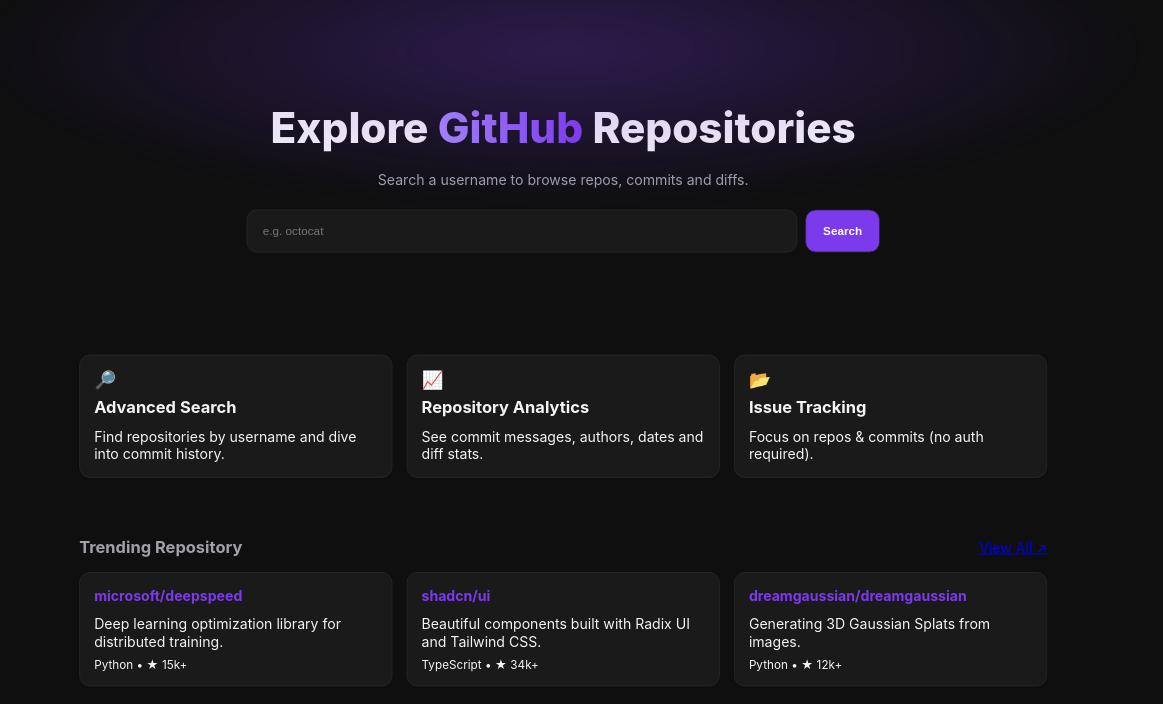
Repository: Tshenolo1994/username-repo
Page: /
These files come from the project's save history. The page is drawn as it stood at one moment and after the next save; the edit follows.
The browser window is 1280 px wide. The page is 1322 px wide, so the pictures cover 1322 px, including what lies to the right of the window. The pictures show the whole page, at 88% of full size.
The project was rebuilt for these pictures with package versions that can differ from the ones it lists, and the page was loaded fresh each time. Also part of the build but not shown: vite.config.ts, src/views/RepoView.vue.

Above is the page before, as saved 2025-10-26 23:54:59.

### index.html
<!doctype html>
<html lang="en">
  <head>
    <meta charset="UTF-8" />
    <link rel="icon" type="image/svg+xml" href="/vite.svg" />
    <meta name="viewport" content="width=device-width, initial-scale=1.0" />
    <title>commit-explorer</title>
  </head>
  <body>
    <div id="app"></div>
    <script type="module" src="/src/main.ts"></script>
  </body>
</html>

### src/main.ts
import { createApp } from 'vue'
import { createPinia } from 'pinia'
import App from './App.vue'
import router from './router'
import './styles/theme.css'

createApp(App)
  .use(createPinia())
  .use(router)
  .mount('#app')

### src/App.vue
<template>
  <RouterView />
</template>

<script setup lang="ts"></script>

<style>
html, body, #app {
  height: 100%;
  margin: 0;
  font-family: system-ui, -apple-system, 'Segoe UI', Roboto, sans-serif;
}
</style>

### src/router/index.ts
import { createRouter, createWebHistory } from 'vue-router'
import HomeView from '@/views/HomeView.vue'
import RepoView from '@/views/RepoView.vue'

const router = createRouter({
  history: createWebHistory(),
  routes: [
    { path: '/', name: 'home', component: HomeView },
    { path: '/repos/:username', name: 'repos', component: RepoView, props: true },
  ],
  scrollBehavior: () => ({ top: 0 }),
})

export default router

### src/styles/theme.css
:root {

    --bg: #0f0f10;
    --bg-elev: #1a1a1b;
    --text: #f4f4f5;
    --muted: #a1a1aa;
    --border: #27272a;
    --link: #7c3aed;
  }


  [data-theme="light"] {
    --bg: #f9fafb;
    --bg-elev: #ffffff;
    --text: #18181b;
    --muted: #52525b;
    --border: #e4e4e7;
    --link: #2563eb;
  }


  html, body, #app {
    margin: 0;
    padding: 0;
    background: var(--bg);
    color: var(--text);
    font-family: 'Inter', system-ui, sans-serif;
    transition: background 0.3s, color 0.3s;
  }


  h1, h2, h3 {
    line-height: 1.2;
    margin: 0;
  }
  p {
    margin: 0.25rem 0 0;
  }


  .card {
    background: var(--bg-elev);
    border: 1px solid var(--border);
    border-radius: 0.75rem;
    padding: 1rem;
    box-shadow: 0 1px 2px rgba(0,0,0,0.15);
  }

### src/views/HomeView.vue
<template>
    <section class="home">
      <LandingHero @submit="go" />
      <FeatureCards />
      <TrendingRow />
    </section>
  </template>

  <script setup lang="ts">
  import { useRouter } from 'vue-router'
  import LandingHero from '@/components/LandingHero.vue'
  import FeatureCards from '@/components/FeatureCards.vue'
  import TrendingRow from '@/components/TrendingRow.vue'

  const router = useRouter()
  function go(username: string) {
    router.push({ name: 'repos', params: { username } })
  }
  </script>

  <style scoped>
  .home { display:grid; gap:2.25rem; max-width:1100px; margin:0 auto; padding:1.25rem; }
  </style>

### src/components/LandingHero.vue
<template>
    <section class="hero">
      <div class="glow" aria-hidden="true"></div>

      <h1 class="title">
        Explore <span class="accent">GitHub</span> Repositories
      </h1>
      <p class="sub">Search a username to browse repos, commits and diffs.</p>

      <form class="search" @submit.prevent="submit">
        <input
          v-model.trim="username"
          class="input"
          placeholder="e.g. octocat"
          :aria-invalid="!!err"
        />
        <button class="btn" type="submit">Search</button>
      </form>

      <small v-if="err" class="err">{{ err }}</small>
    </section>
  </template>

  <script setup lang="ts">
  import { ref } from 'vue'
  const emit = defineEmits<{ (e: 'submit', username: string): void }>()
  const username = ref(''); const err = ref('')

  function submit() {
    err.value = ''
    if (!username.value) return (err.value = 'Username is required')
    if (!/^[A-Za-z0-9-]{1,39}$/.test(username.value))
      return (err.value = 'Invalid GitHub username')
    emit('submit', username.value)
  }
  </script>

  <style scoped>
  .hero {
    position: relative;
    display: grid;
    gap: 1rem;
    justify-items: center;
    text-align: center;
    padding: 6rem 1rem 3rem;
    background: var(--bg);
    border-radius: 1rem;
  }
  .glow {
    position: absolute;
    inset: -12% -12% auto -12%;
    height: 300px;
    background: radial-gradient(1200px 320px at 50% 25%, rgba(124,58,237,.28), transparent 55%);
    filter: blur(8px);
    pointer-events: none;
  }
  .title {
    margin: 0;
    font-weight: 800;
    font-size: clamp(2rem,5vw,3rem);
    color: var(--text);
  }
  .accent {
    background: linear-gradient(90deg, #a78bfa, #7c3aed);
    -webkit-background-clip: text;
    background-clip: text;
    color: transparent;
  }
  .sub { color: var(--muted); max-width: 60ch; }
  .search {
    display: flex; gap: .6rem;
    width: min(720px,100%);
    margin-top: .5rem;
  }
  .input {
    flex: 1;
    padding: 1rem 1.1rem;
    border-radius: .75rem;
    border: 1px solid var(--border);
    background: var(--bg-elev);
    color: var(--text);
  }
  .btn {
    padding: 1rem 1.2rem;
    border-radius: .75rem;
    border: 1px solid var(--border);
    background: var(--link);
    color: #fff;
    font-weight: 600;
    cursor: pointer;
  }
  .err { color: #ef4444; }
  </style>

### src/components/FeatureCards.vue
<template>
    <section class="features">
      <article class="card">
        <div class="icon">🔎</div>
        <h3>Advanced Search</h3>
        <p>Find repositories by username and dive into commit history.</p>
      </article>

      <article class="card">
        <div class="icon">📈</div>
        <h3>Repository Analytics</h3>
        <p>See commit messages, authors, dates and diff stats.</p>
      </article>

      <article class="card">
        <div class="icon">📂</div>
        <h3>Issue Tracking</h3>
        <p>Focus on repos & commits (no auth required).</p>
      </article>
    </section>
  </template>

  <script setup lang="ts"></script>

  <style scoped>
  .features { display:grid; grid-template-columns: repeat(3, minmax(0,1fr)); gap:1rem; margin-top:2rem; }
  .card { background: var(--bg-elev); border:1px solid var(--border); border-radius:.75rem; padding:1rem; display:grid; gap:.5rem; }
  .icon { font-size:1.25rem; }
  @media (max-width: 860px){ .features { grid-template-columns: 1fr; } }
  </style>

### src/components/TrendingRow.vue
<template>
    <section class="trending">
      <div class="head">
        <h3>Trending Repository</h3>
        <a href="https://github.com/trending" target="_blank" rel="noreferrer">View All ↗</a>
      </div>

      <div class="grid">
        <article class="card">
          <a class="repo" href="https://github.com/microsoft/DeepSpeed" target="_blank" rel="noreferrer">microsoft/deepspeed</a>
          <p>Deep learning optimization library for distributed training.</p>
          <small>Python • ★ 15k+</small>
        </article>

        <article class="card">
          <a class="repo" href="https://github.com/shadcn/ui" target="_blank" rel="noreferrer">shadcn/ui</a>
          <p>Beautiful components built with Radix UI and Tailwind CSS.</p>
          <small>TypeScript • ★ 34k+</small>
        </article>

        <article class="card">
          <a class="repo" href="https://github.com/dreamgaussian/dreamgaussian" target="_blank" rel="noreferrer">dreamgaussian/dreamgaussian</a>
          <p>Generating 3D Gaussian Splats from images.</p>
          <small>Python • ★ 12k+</small>
        </article>
      </div>
    </section>
  </template>

  <script setup lang="ts"></script>

  <style scoped>
  .trending { display:grid; gap:1rem; margin-top:2rem; }
  .head { display:flex; align-items:center; justify-content:space-between; color:var(--muted); }
  .grid { display:grid; grid-template-columns: repeat(3, minmax(0,1fr)); gap:1rem; }
  .card { background: var(--bg-elev); border:1px solid var(--border); border-radius:.75rem; padding:1rem; display:grid; gap:.5rem; }
  .repo { color: var(--link); font-weight:700; text-decoration:none; }
  @media (max-width: 860px){ .grid { grid-template-columns: 1fr; } }
  </style>

After the next save:
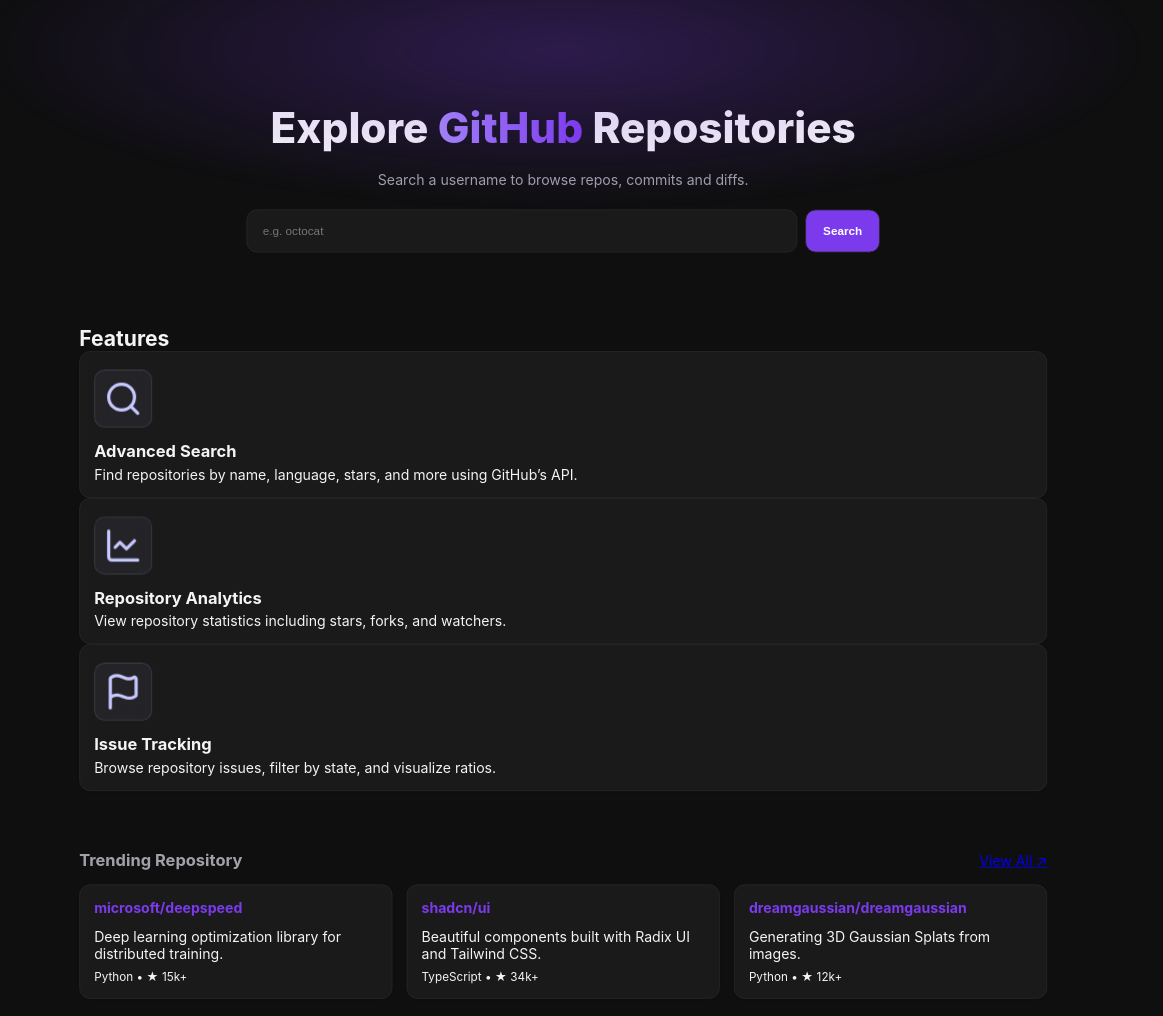
Saved 27 min 55 s later.
--- a/src/components/FeatureCards.vue
+++ b/src/components/FeatureCards.vue
@@ -1,30 +1,42 @@
+<script setup lang="ts">
+import { Search, LineChart, Flag } from 'lucide-vue-next'
+</script>
+
 <template>
-    <section class="features">
-      <article class="card">
-        <div class="icon">🔎</div>
+  <section class="features-block">
+    <h2 class="section-title">Features</h2>
+
+    <div class="features">
+      <article class="card glass">
+        <Search class="icon" :size="24" />
         <h3>Advanced Search</h3>
-        <p>Find repositories by username and dive into commit history.</p>
+        <p>Find repositories by name, language, stars, and more using GitHub’s API.</p>
       </article>
 
-      <article class="card">
-        <div class="icon">📈</div>
+      <article class="card glass">
+        <LineChart class="icon" :size="24" />
         <h3>Repository Analytics</h3>
-        <p>See commit messages, authors, dates and diff stats.</p>
+        <p>View repository statistics including stars, forks, and watchers.</p>
       </article>
 
-      <article class="card">
-        <div class="icon">📂</div>
+      <article class="card glass">
+        <Flag class="icon" :size="24" />
         <h3>Issue Tracking</h3>
-        <p>Focus on repos & commits (no auth required).</p>
+        <p>Browse repository issues, filter by state, and visualize ratios.</p>
       </article>
-    </section>
-  </template>
+    </div>
+  </section>
+</template>
 
-  <script setup lang="ts"></script>
-
-  <style scoped>
-  .features { display:grid; grid-template-columns: repeat(3, minmax(0,1fr)); gap:1rem; margin-top:2rem; }
-  .card { background: var(--bg-elev); border:1px solid var(--border); border-radius:.75rem; padding:1rem; display:grid; gap:.5rem; }
-  .icon { font-size:1.25rem; }
-  @media (max-width: 860px){ .features { grid-template-columns: 1fr; } }
-  </style>
+<style scoped>
+.icon {
+  width: 44px; height: 44px; padding: 10px;
+  color: #c7c9ff;
+  background: rgba(199,201,255,0.06);
+  border: 1px solid rgba(199,201,255,0.15);
+  border-radius: 12px;
+  backdrop-filter: blur(10px) saturate(115%);
+  -webkit-backdrop-filter: blur(10px) saturate(115%);
+  margin: .25rem auto .75rem;
+}
+</style>
